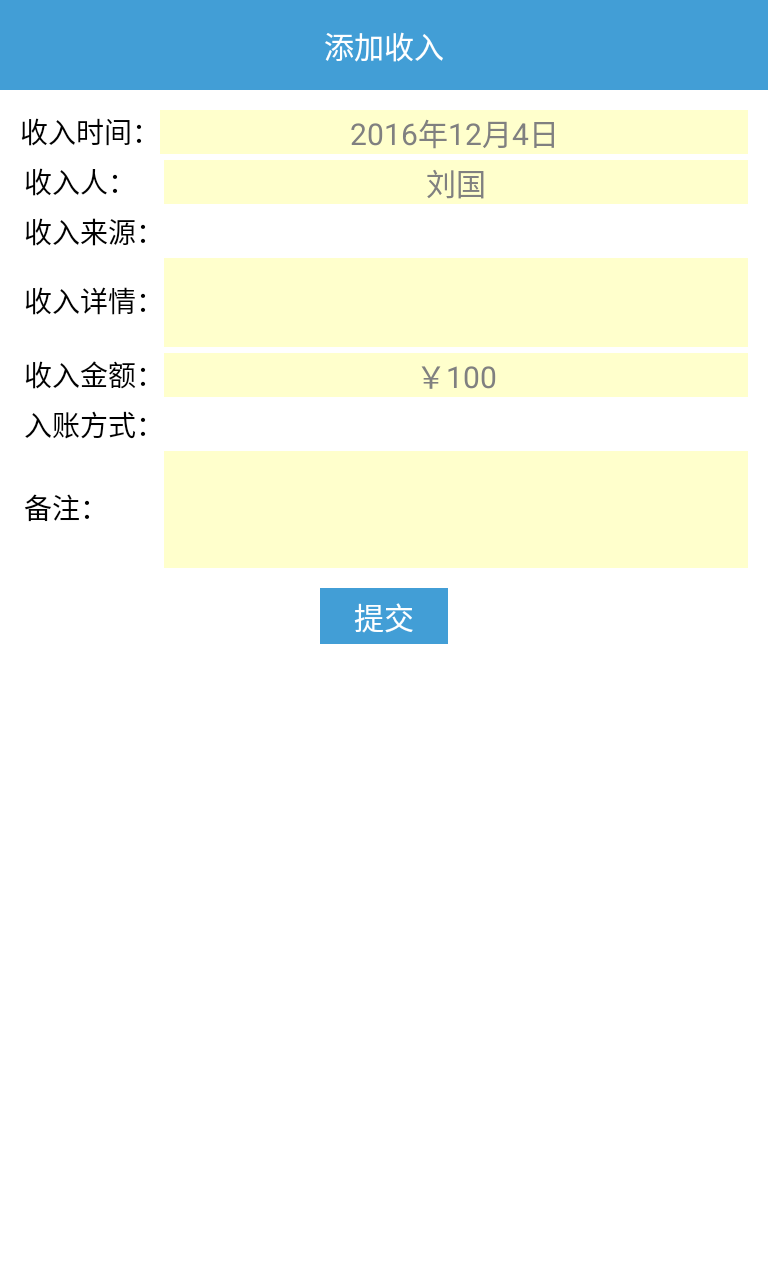
Repository: MySixGad/MyBill
Layout: Bill/Bill/res/layout/activity_inset_in_rmb.xml
These files come from the project's save history. The layout is drawn as it stood at one moment and after the next save; the edit follows.
It is drawn on a 768 x 1280 px phone screen (xhdpi) without system bars, with theme AppTheme; the app's code is not run.

Above is the layout before, as saved 2016-12-09 16:21:22.

After the next save:
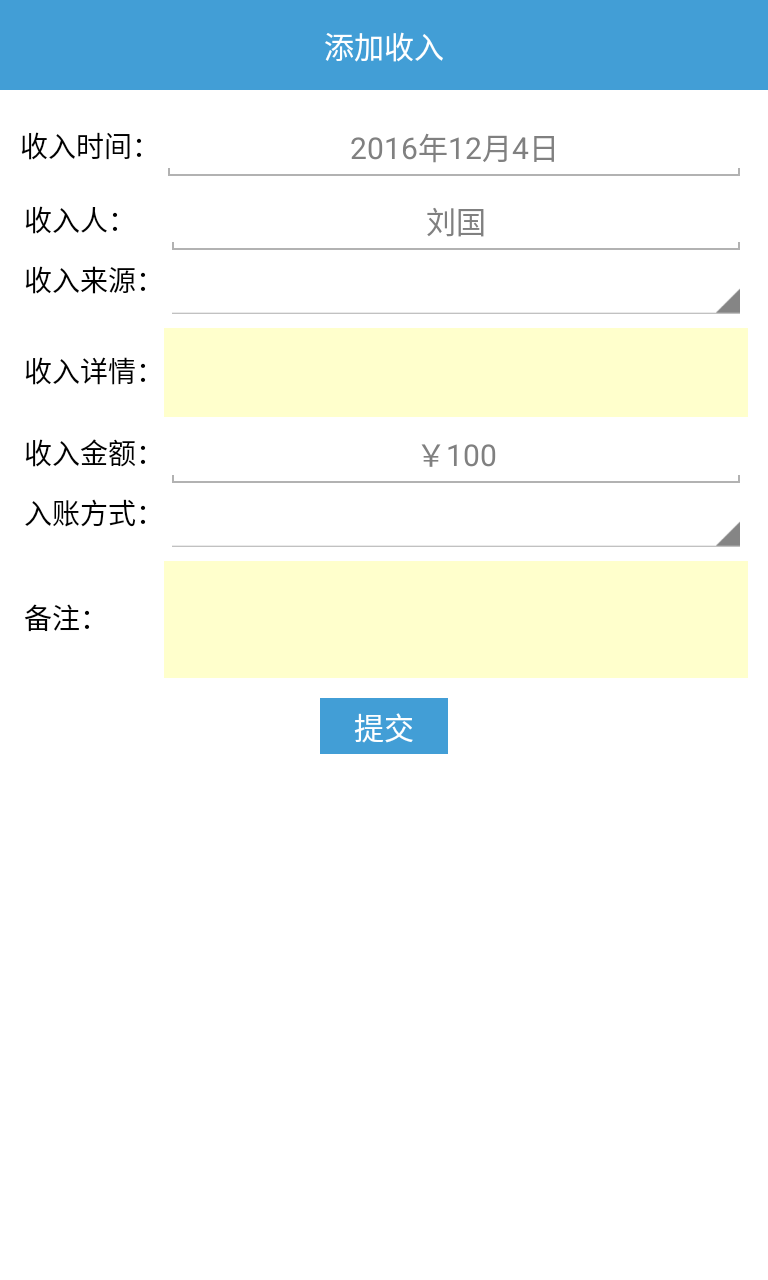
Saved 5 min 50 s later.
--- a/Bill/Bill/res/layout/activity_inset_in_rmb.xml
+++ b/Bill/Bill/res/layout/activity_inset_in_rmb.xml
@@ -35,7 +35,6 @@
                 android:layout_width="match_parent"
                 android:layout_height="wrap_content"
                 android:ems="10"
-                 android:background="#ffffcc"
                 android:gravity="center"
                 android:hint="2016年12月4日"
                 android:inputType="textMultiLine"
@@ -50,7 +49,6 @@
             android:layout_width="match_parent"
             android:layout_height="wrap_content"
             android:layout_marginLeft="2dp"
-            android:layout_marginTop="3dp"
             android:orientation="horizontal" >
 
             <TextView
@@ -67,7 +65,6 @@
                 android:ems="10"
                 android:gravity="center"
                 android:hint="刘国"
-                 android:background="#ffffcc"
                 android:inputType="textMultiLine"
                 android:textColor="#000"
                 android:textSize="15dp" >
@@ -78,7 +75,6 @@
             android:layout_width="match_parent"
             android:layout_height="wrap_content"
             android:layout_marginLeft="2dp"
-            android:layout_marginTop="3dp"
             android:orientation="horizontal" >
 
             <TextView
@@ -91,17 +87,16 @@
 
             <Spinner
                 android:id="@+id/in_sos"
-                   android:background="#ffffcc"
                    android:gravity="center"
                 android:layout_width="match_parent"
                 android:layout_height="wrap_content" />
         </LinearLayout>
 
         <LinearLayout
-             android:layout_marginTop="3dp"
-            android:layout_width="match_parent"
-            android:layout_height="wrap_content"
-            android:layout_marginLeft="2dp"
+            android:layout_width="match_parent"
+            android:layout_height="wrap_content"
+            android:layout_marginLeft="2dp"
+            android:layout_marginTop="3dp"
             android:orientation="horizontal" >
 
             <TextView
@@ -125,7 +120,6 @@
         </LinearLayout>
 
         <LinearLayout
-             android:layout_marginTop="3dp"
             android:layout_width="match_parent"
             android:layout_height="wrap_content"
             android:layout_marginLeft="2dp"
@@ -144,14 +138,12 @@
                 android:layout_height="wrap_content"
                 android:gravity="center"
                 android:hint="￥100"
-                   android:background="#ffffcc"
                 android:inputType="textMultiLine"
                 android:textColor="#000"
                 android:textSize="15dp" />
         </LinearLayout>
 
         <LinearLayout
-             android:layout_marginTop="3dp"
             android:layout_width="match_parent"
             android:layout_height="wrap_content"
             android:layout_marginLeft="2dp"
@@ -167,14 +159,13 @@
 
             <Spinner
                 android:id="@+id/in_way"
-                   android:background="#ffffcc"
                 android:gravity="center"
                 android:layout_width="match_parent"
                 android:layout_height="wrap_content" />
         </LinearLayout>
 
         <LinearLayout
-             android:layout_marginTop="3dp"
+            android:layout_marginTop="3dp"
             android:layout_width="match_parent"
             android:layout_height="wrap_content"
             android:layout_marginLeft="2dp"
